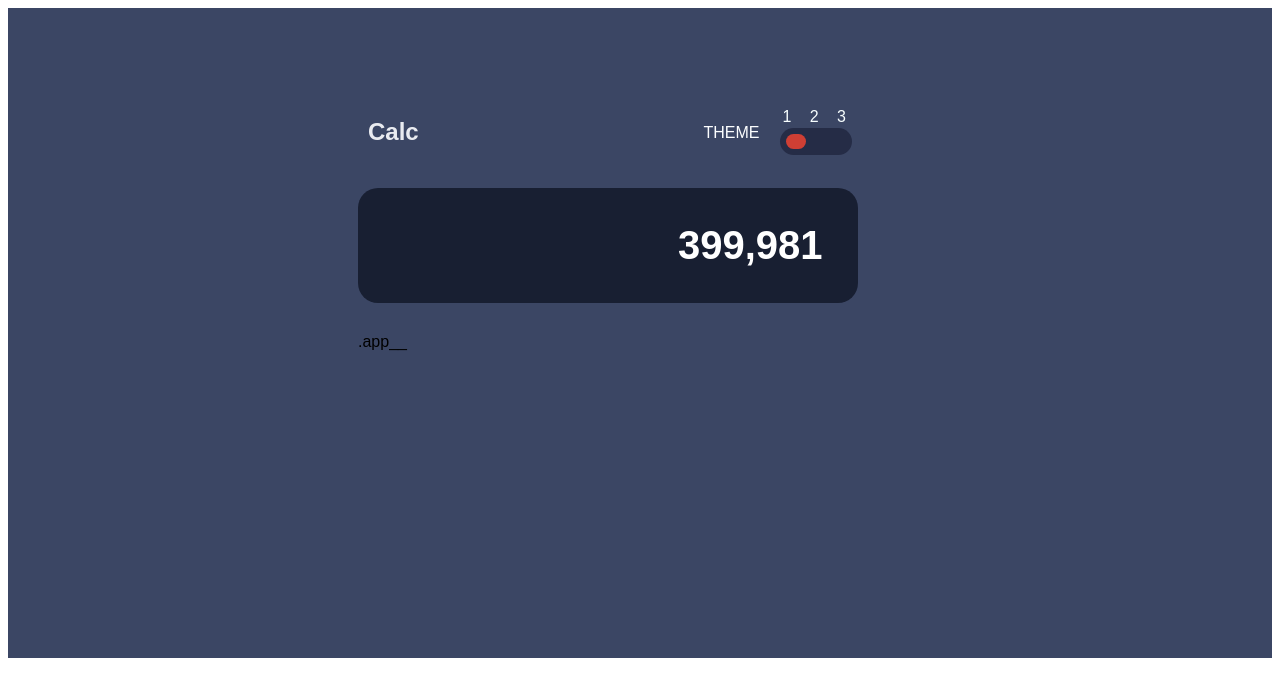
Repository: Bakyproit/Calcutor
Page: SimpleCalculatorApp.html
The author's editor kept a copy of each file at every save. The page is drawn from the files as they stood at one save, then again after a run of saves.
The browser window is 1280 px wide. The pictures show the whole page.

Above is the page before, as saved 2022-02-09 16:11:38.

After the next 2 saves:
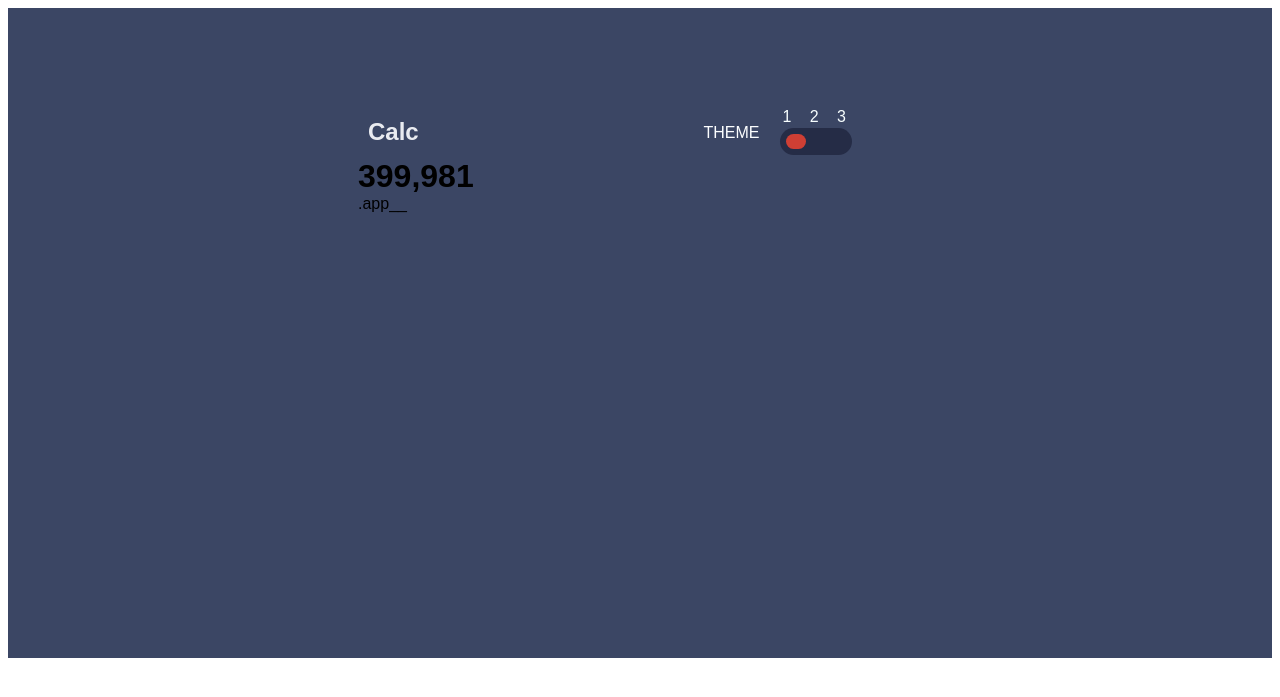
The 2 saves are shown as one change because they came seconds apart.
The last was saved 45 s later.
--- a/SimpleCalculatorApp.html
+++ b/SimpleCalculatorApp.html
@@ -33,8 +33,8 @@
                 </div>
             </div>
 
-            <div class="app__content">
-                <h1 class="app__content-number">399,981</h1>
+            <div class="app__result">
+                <h1 class="app__result-number">399,981</h1>
             </div>
 
             .app__

After the 2 saves that followed:
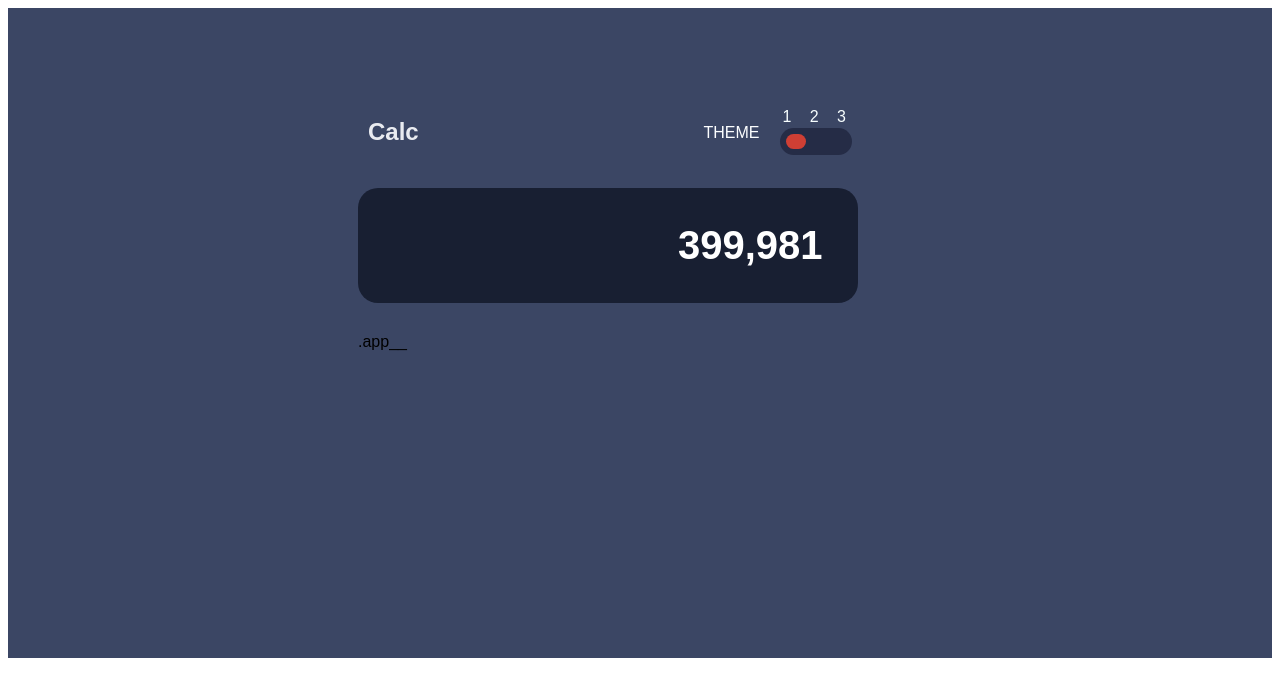
The 2 saves are shown as one change because they came seconds apart.
The last was saved 6 s later.
--- a/asset/App.css
+++ b/asset/App.css
@@ -88,12 +88,12 @@ h1{
 }
 
 
-.app__content{
+.app__result{
     background-color: #181f32;
     margin:30px 0;
     border-radius: 20px;
 }
-.app__content-number{
+.app__result-number{
     padding: 35px 0 ;
     padding-left: 320px;
     color: #fff ;
